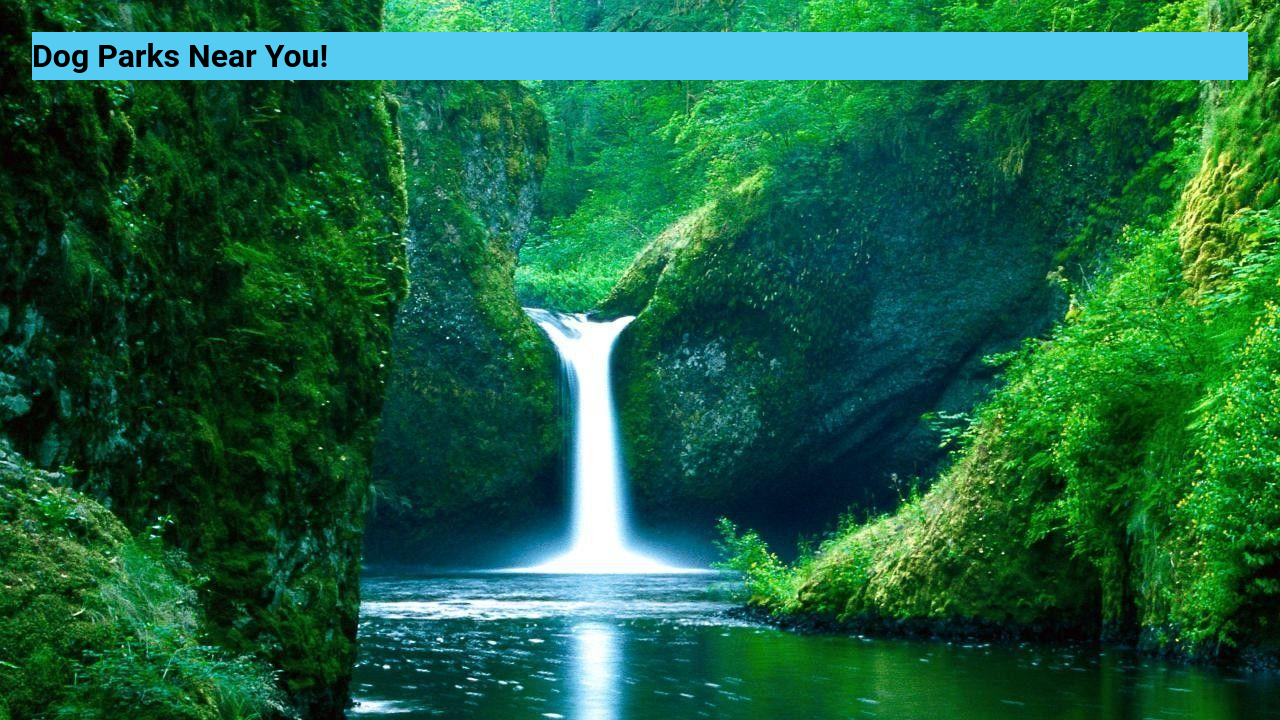
Repository: gee-ell-bee/artdm174lab7
Page: index.html
The author's editor kept a copy of each file at every save. The page is drawn from the files as they stood at one save, then again after the next save.
The browser window is 1280 px wide. The pictures show the whole page.
Some web libraries are served in a nearby version.

Above is the page before, as saved 2022-05-11 12:13:49.
Console error: SyntaxError: Cannot use import statement outside a module

After the next save:
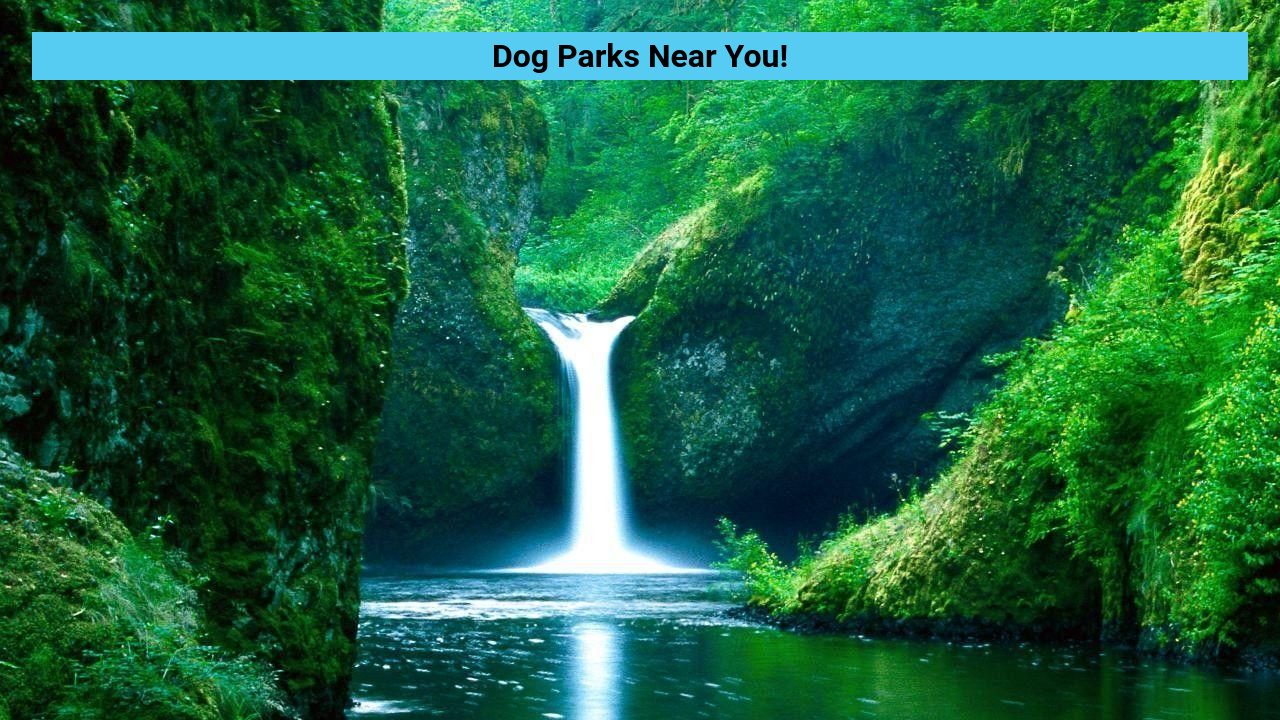
Saved 9 s later.
--- a/main.css
+++ b/main.css
@@ -92,7 +92,7 @@ li{
 
 header{
     background-color: #56CCF2;
-    <header>
-            <h1>Dog Parks Near You!</h1>
-            </header>
+    margin: top;
+    display: flex;
+    justify-content: center;
 }
